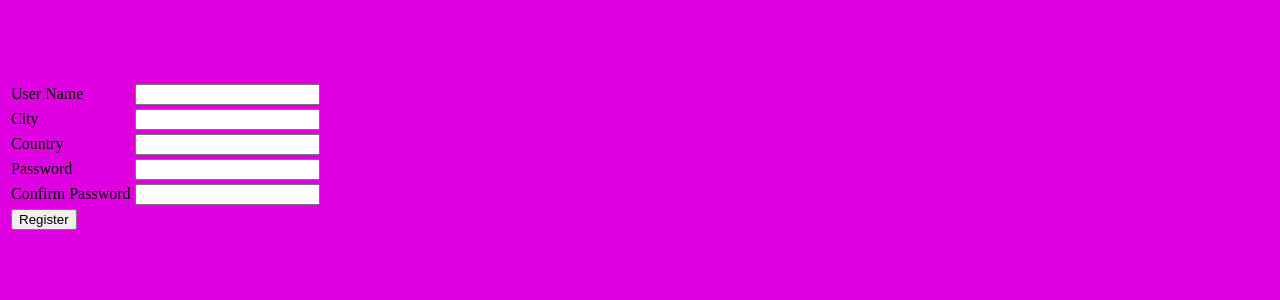
Repository: sultanaNargis03/IndustryReadyJavaSpringBoot
Page: Servlet/workspace/Learningportal/src/main/webapp/register.html
These files come from the project's save history. The page is drawn as it stood at one moment and after the next save; the edit follows.
The browser window is 1280 px wide. The pictures show the whole page.

Above is the page before, as saved 2023-12-07 15:01:37.

After the next save:
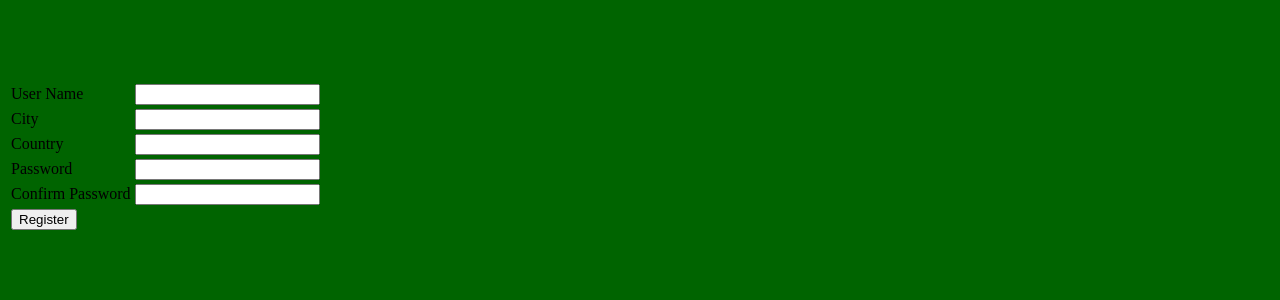
Saved 62 s later.
--- a/Servlet/workspace/Learningportal/src/main/webapp/register.html
+++ b/Servlet/workspace/Learningportal/src/main/webapp/register.html
@@ -4,7 +4,7 @@
 <meta charset="ISO-8859-1">
 <title>Registration</title>
 </head>
-<body style="align-content: center" bgcolor=" deep green">
+<body style="align-content: center" bgcolor="darkgreen">
 <h2 style="color: black;"><marquee>Student registration!!</marquee></h2>
 <form action="./reg">
 	<table>
